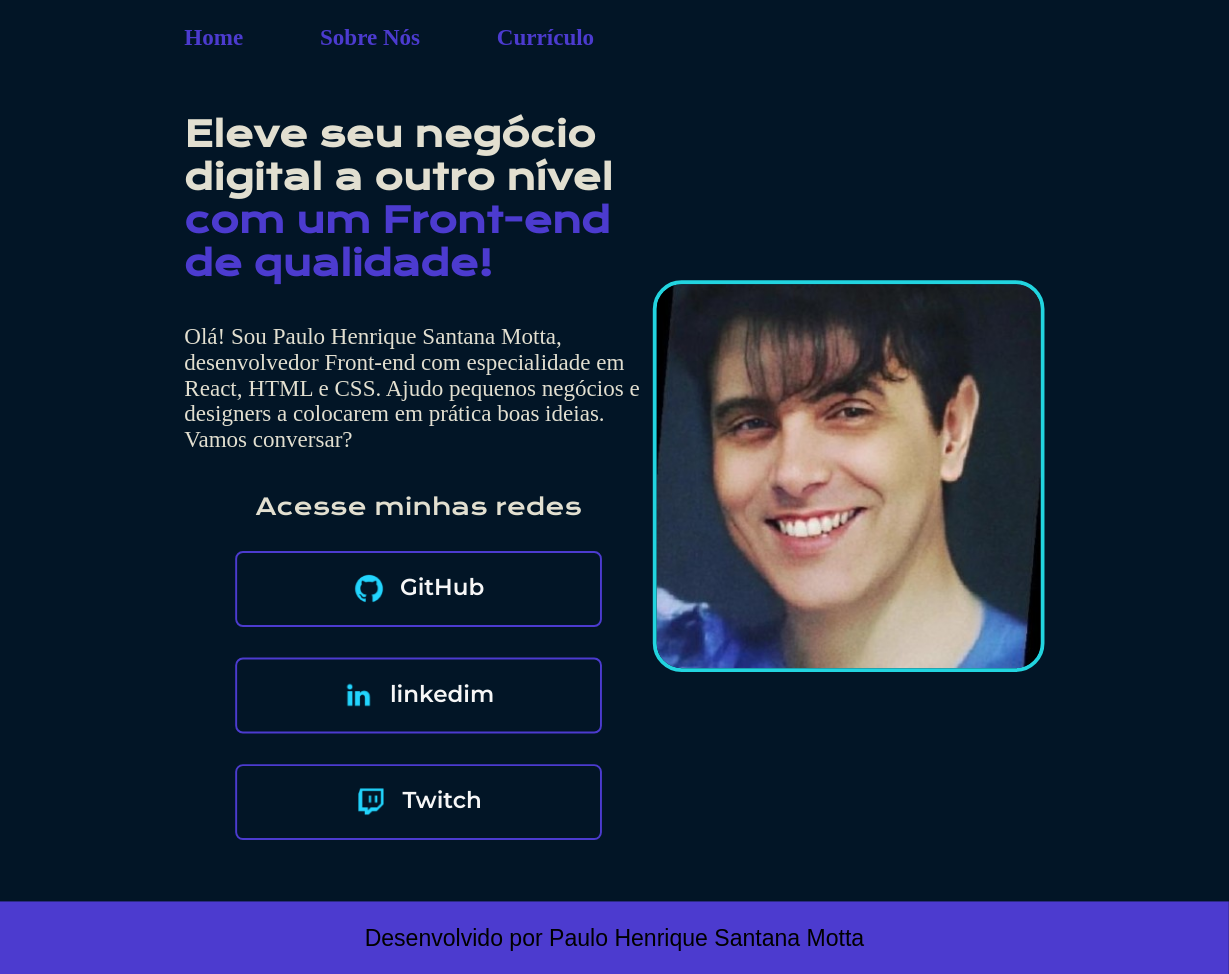
Repository: phsmottanerd/projeto-portfolio-alura
Page: index.html
The author's editor kept a copy of each file at every save. The page is drawn from the files as they stood at one save, then again after the next save.
The browser window is 1280 px wide. The pictures show the whole page, at 96% of full size.

Above is the page before, as saved 2025-01-28 02:19:46.

After the next save:
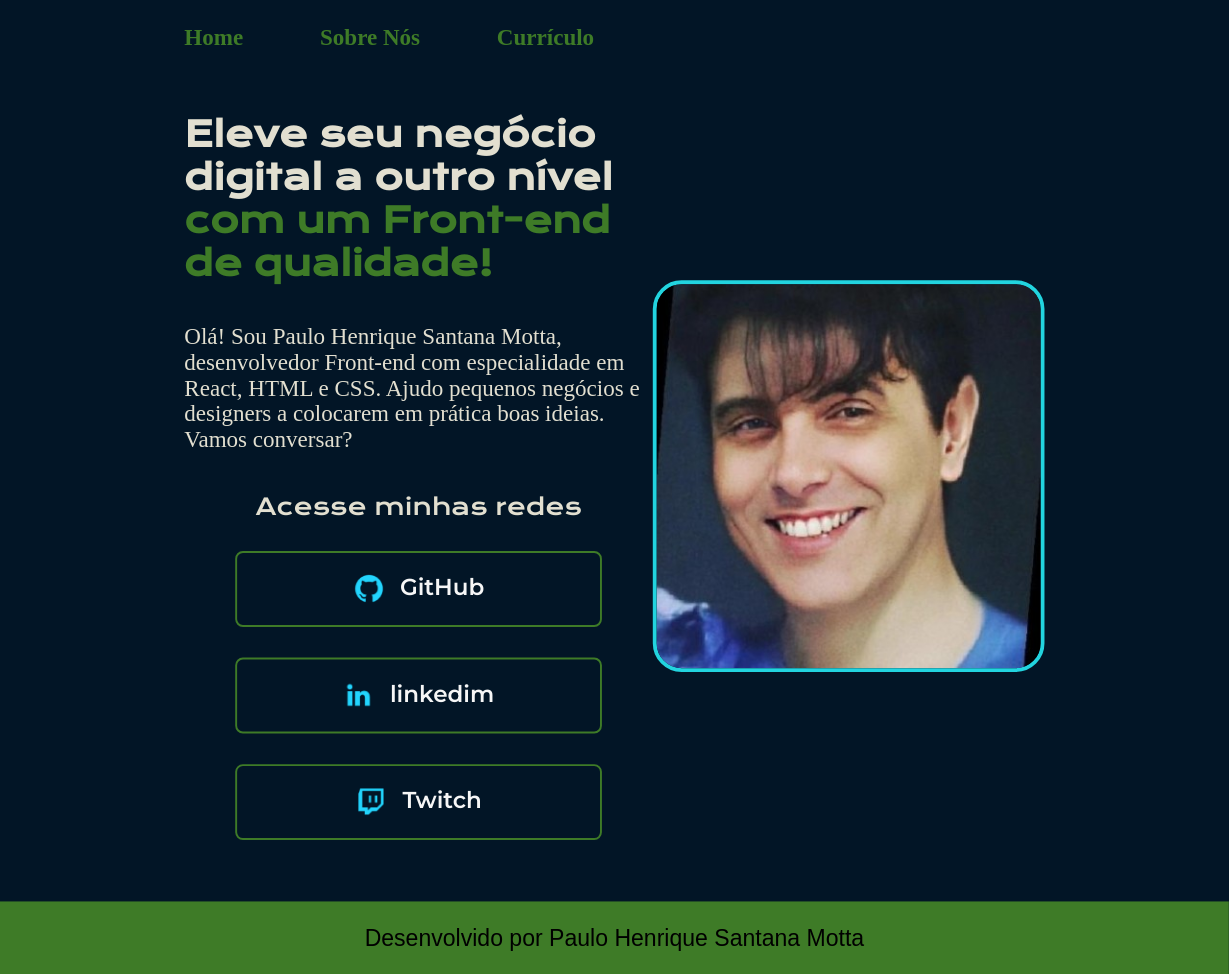
Saved 75 s later.
--- a/estilos/style.css
+++ b/estilos/style.css
@@ -3,7 +3,7 @@
 :root {
   --cor-primaria: #021526;
   --cor-secundaria: #E2DFD0;
-  --cor-terciaria:#4C3BCF;
+  --cor-terciaria:#3E7B27;
   --cor-hover: #E3651D;
 
   --font-primaria: "Krona One", sans-serif;
